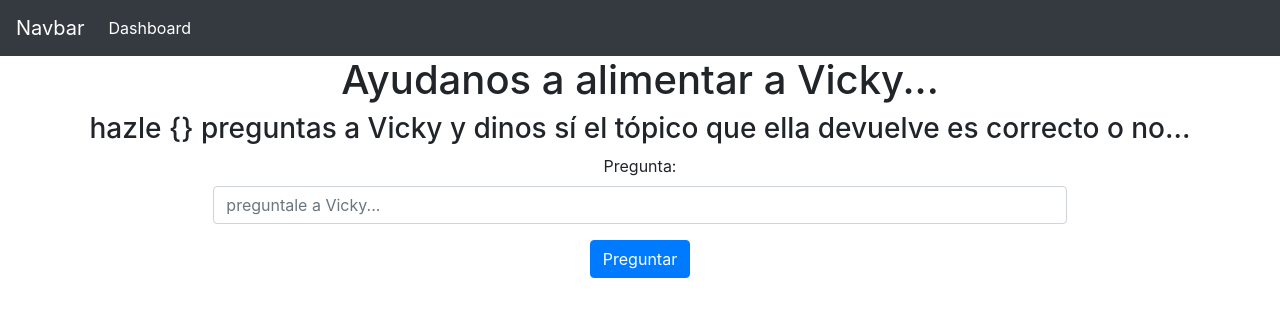
Repository: Crixtiancub/feedback_Vicky
Page: http://localhost/
These files come from the project's save history. The page is drawn as it stood at one moment and after the next save; the edit follows.
The browser window is 1280 px wide. The pictures show the whole page.
The page is served by the project's application, run on Django 3.2 (manage.py).

Above is the page before, as saved 2021-04-29 09:04:44.

After the next save:
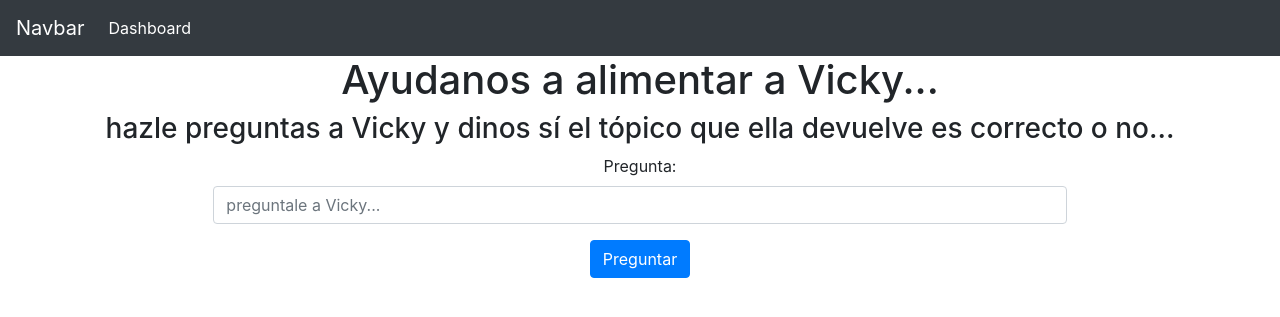
Saved 26 s later.
--- a/vicky/templates/dashboard.html
+++ b/vicky/templates/dashboard.html
@@ -5,7 +5,7 @@
 <center>
     <h1>Ayudanos a alimentar a Vicky...</h1>
 
-    <h3>hazle {} preguntas a Vicky y dinos sí el tópico que ella
+    <h3>hazle {{contexto.num_visits}} preguntas a Vicky y dinos sí el tópico que ella
         devuelve es correcto o no...</h3>
 
     <form action="{% url 'home' %}">
